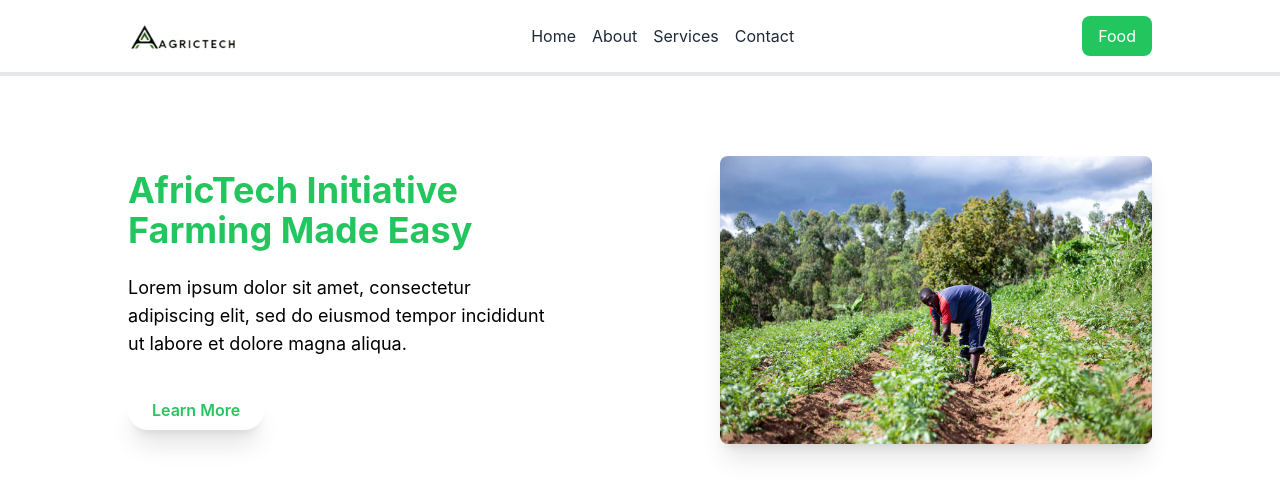
Repository: akinolapo/agric-tech
Page: /
An editor plug-in stored every save of this project. The page is shown before and after the next save, followed by the edit.
The browser window is 1280 px wide. The pictures show the whole page.
The project was rebuilt for these pictures with package versions that can differ from the ones it lists, and the page was loaded fresh each time.

Above is the page before, as saved 2023-05-27 00:22:17.

### src/App.js
import React from 'react'
import Header from './components/Header'
import Hero from './components/Hero'

const App = () => {
  return (
    <div>
      <Header/>
      <Hero/>
    </div>
  )
}

export default App

### src/components/Header.jsx
import React, { useState } from 'react';

const Header = () => {
  const [isMenuOpen, setIsMenuOpen] = useState(false);

  const toggleMenu = () => {
    setIsMenuOpen(!isMenuOpen);
  };

  const closeMenu = () => {
    setIsMenuOpen(false);
  };

  return (
    <header className="bg-white border-b-4">
      <div className="container mx-auto flex justify-between items-center py-4 px-5 sm:px-32">
        <div className="flex items-center">
          <img
            src={process.env.PUBLIC_URL+`media/logo.png`}
            alt="Logo"
            className="h-8 w-auto"
          />
        </div>
        <div className="hidden md:flex space-x-4">
          <a href="#" className="text-gray-800 hover:text-gray-600">Home</a>
          <a href="#" className="text-gray-800 hover:text-gray-600">About</a>
          <a href="#" className="text-gray-800 hover:text-gray-600">Services</a>
          <a href="#" className="text-gray-800 hover:text-gray-600">Contact</a>
        </div>
        <div className="md:hidden">
          <button
            type="button"
            className="flex items-center p-2 rounded-md text-gray-800 hover:text-gray-600 focus:outline-none"
            onClick={toggleMenu}
          >
            <svg
              xmlns="http://www.w3.org/2000/svg"
              className="h-6 w-6"
              fill="none"
              viewBox="0 0 24 24"
              stroke="currentColor"
            >
              <path
                strokeLinecap="round"
                strokeLinejoin="round"
                strokeWidth="2"
                d="M4 6h16M4 12h16M4 18h16"
              />
            </svg>
          </button>

        </div>
        <div className="hidden md:block">
          <button
            type="button"
            className="bg-green-500 text-white rounded-lg py-2 px-4"
          >
            Food
          </button>
        </div>
      </div>
      <div>
          {isMenuOpen && (
            <div className="mt-2 w-full">
              <ul className="bg-white border rounded-md divide-y divide-gray-200 shadow-md">
                <li className="py-2 px-4">
                  <a href="#" className="text-gray-800 hover:text-gray-600">Home</a>
                </li>
                <li className="py-2 px-4">
                  <a href="#" className="text-gray-800 hover:text-gray-600">About</a>
                </li>
                <li className="py-2 px-4">
                  <a href="#" className="text-gray-800 hover:text-gray-600">Services</a>
                </li>
                <li className="py-2 px-4">
                  <a href="#" className="text-gray-800 hover:text-gray-600">Contact</a>
                </li>
                <li className="py-2 px-4">
                  <button
                    type="button"
                    className="bg-green-500 text-white rounded-lg py-2 px-4 w-full"
                  >
                    Food
                  </button>
                </li>
              </ul>
              <div className="absolute top-0 right-0 p-2">
              </div>
            </div>
          )}
          </div>
    </header>
  );
};

export default Header;

### src/components/Hero.jsx
import React from 'react';

const Hero = () => {
  return (
    <section className="bg-white text-black py-20 px-5 sm:px-32">
      <div className="container mx-auto flex flex-col lg:flex-row items-center gap-40">
        <div className="lg:w-1/2">
          <h1 className="text-4xl font-bold mb-6 text-green-500">AfricTech Initiative <br></br> Farming Made Easy</h1>
          <p className="text-lg mb-8">Lorem ipsum dolor sit amet, consectetur adipiscing elit, sed do eiusmod tempor incididunt ut labore et dolore magna aliqua.</p>
          <button className="bg-white text text-green-500 py-2 px-6 rounded-full font-semibold shadow-xl hover:shadow-2xl transition duration-300">Learn More</button>
        </div>
        <div className="lg:w-1/2">
          <img src={process.env.PUBLIC_URL+`media/hero.jpg`}alt="Agriculture" className="rounded-lg shadow-xl" />
        </div>
      </div>
    </section>
  );
};

export default Hero;

Loaded but not shown: public/index.html (common file); src/index.js (common file); src/index.css (common file); tailwind.config.js (common file)

After the next save:
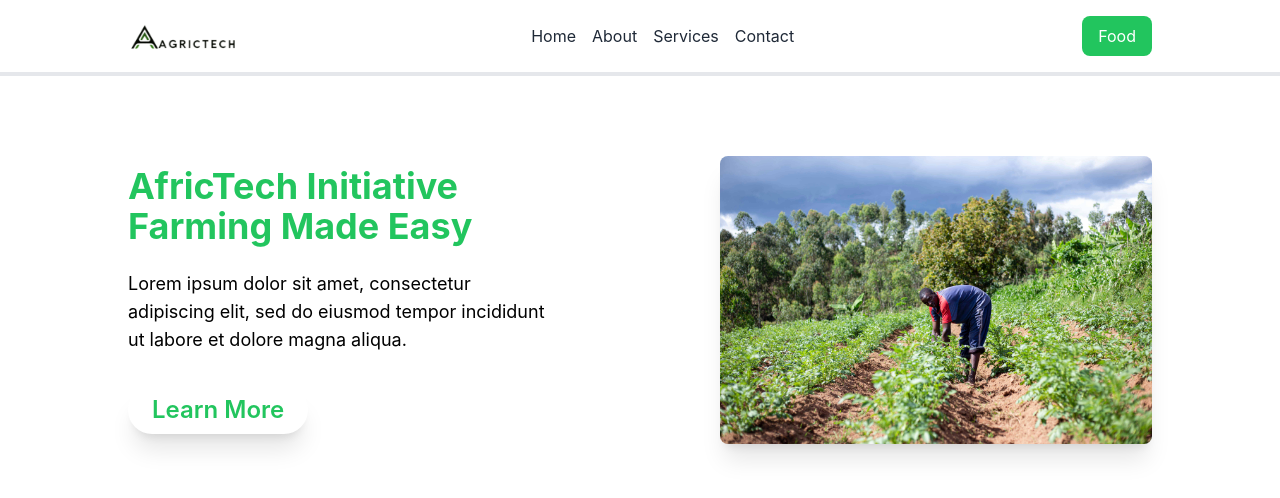
Saved 6 s later.
--- a/src/components/Hero.jsx
+++ b/src/components/Hero.jsx
@@ -7,7 +7,7 @@ const Hero = () => {
         <div className="lg:w-1/2">
           <h1 className="text-4xl font-bold mb-6 text-green-500">AfricTech Initiative <br></br> Farming Made Easy</h1>
           <p className="text-lg mb-8">Lorem ipsum dolor sit amet, consectetur adipiscing elit, sed do eiusmod tempor incididunt ut labore et dolore magna aliqua.</p>
-          <button className="bg-white text text-green-500 py-2 px-6 rounded-full font-semibold shadow-xl hover:shadow-2xl transition duration-300">Learn More</button>
+          <button className="bg-white text-2xl text-green-500 py-2 px-6 rounded-full font-semibold shadow-xl hover:shadow-2xl transition duration-300">Learn More</button>
         </div>
         <div className="lg:w-1/2">
           <img src={process.env.PUBLIC_URL+`media/hero.jpg`}alt="Agriculture" className="rounded-lg shadow-xl" />
